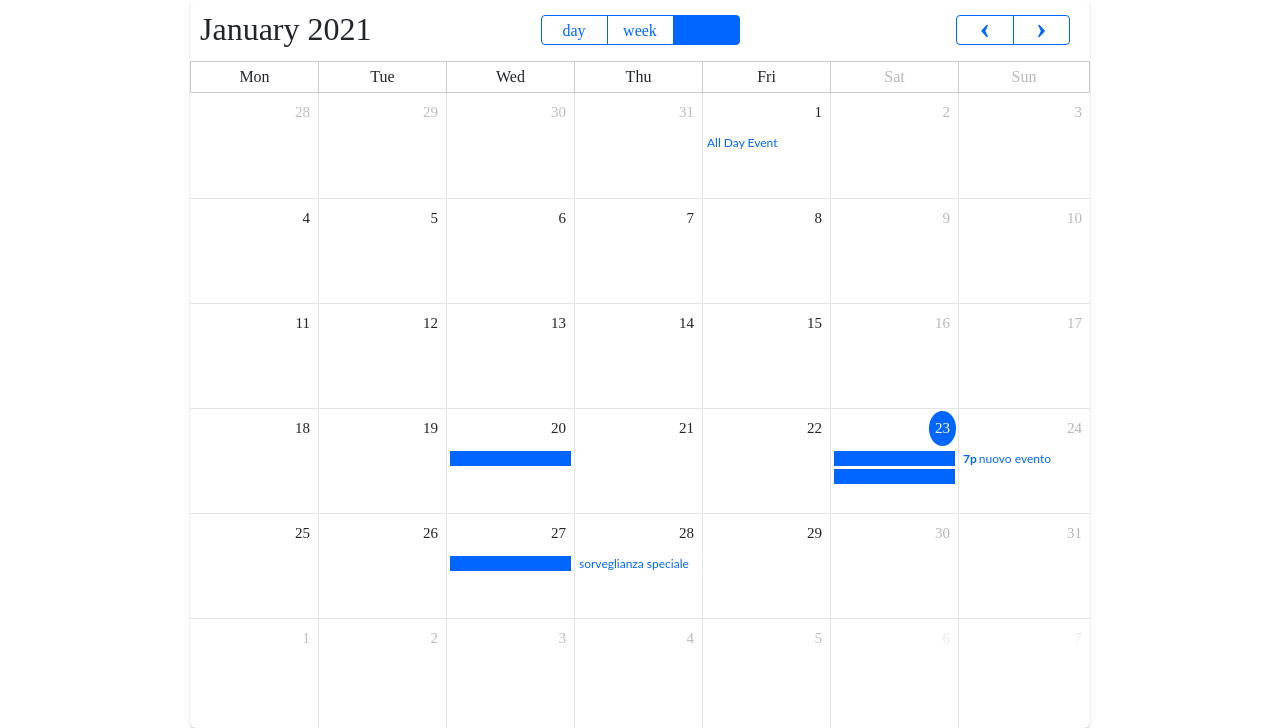
Repository: mohole/icare
Page: sviluppo/calendar/calendar.html
The author's editor kept a copy of each file at every save. The page is drawn from the files as they stood at one save, then again after the next save.
The browser window is 1280 px wide. The pictures show the whole page.
Some web fonts or font styles are not loaded; a fallback is used.

Above is the page before, as saved 2021-01-25 10:38:22.

### sviluppo/calendar/calendar.html
<!DOCTYPE html>
<html lang="en">
   <head>
      <meta charset="UTF-8">
      <meta name="viewport" content="width=device-width, initial-scale=1.0">
      <!-- ===== CSS ===== -->
      <link rel="stylesheet" href="css/styles.css">
      <link rel="stylesheet" href="css/bootstrap.css">
<link href='css/fullcalendar.css' rel='stylesheet' />

<link rel="stylesheet" href="https://cdnjs.cloudflare.com/ajax/libs/Chart.js/2.9.4/Chart.css" integrity="sha512-C7hOmCgGzihKXzyPU/z4nv97W0d9bv4ALuuEbSf6hm93myico9qa0hv4dODThvCsqQUmKmLcJmlpRmCaApr83g==" crossorigin="anonymous" />
       <link rel="stylesheet" href="https://cdnjs.cloudflare.com/ajax/libs/Chart.js/2.9.4/Chart.css" integrity="sha512-C7hOmCgGzihKXzyPU/z4nv97W0d9bv4ALuuEbSf6hm93myico9qa0hv4dODThvCsqQUmKmLcJmlpRmCaApr83g==" crossorigin="anonymous" />
      <link rel="stylesheet" href="https://use.typekit.net/dmh4hvy.css">
      <link href="https://fonts.googleapis.com/css2?family=Poppins&display=swap" rel="stylesheet">
      <link rel="stylesheet" href="https://use.fontawesome.com/releases/v5.15.1/css/all.css" integrity="sha384-vp86vTRFVJgpjF9jiIGPEEqYqlDwgyBgEF109VFjmqGmIY/Y4HV4d3Gp2irVfcrp" crossorigin="anonymous">

      <link href="https://fonts.googleapis.com/css2?family=Poppins&display=swap" rel="stylesheet">
      <link rel="stylesheet" href="https://use.fontawesome.com/releases/v5.15.1/css/all.css" integrity="sha384-vp86vTRFVJgpjF9jiIGPEEqYqlDwgyBgEF109VFjmqGmIY/Y4HV4d3Gp2irVfcrp" crossorigin="anonymous">
     <title> CALENDAR </title>
   </head>
   <body>


         </h1>

         </h1>
      </div>
      </div>






   </div>

 </div>
</section>











<div>




</head>
<body>
<div id='wrap'>

<div id='calendar'></div>



</body>




<script src='js/jquery-1.10.2.js' type="text/javascript"></script>
<script src='js/fullcalendar.js' type="text/javascript"></script>



<!-- libreria da usare

</html>

### sviluppo/calendar/css/fullcalendar.css
:root{
	--nav-width: 92px;
	/*===== Colores =====*/
	--first-color:#0066FF;
		--event-color: #0066FF;
	--sub-color: #0066FF;
	--event-color2: #0066FF;
	--body-font: 'Montserrat';
	--normal-font-size: 1rem;
	--small-font-size: .875rem;
	--z-fixed: 100;
  }

.fc {
	font-family: var(--body-font);
	direction: ltr;
	text-align: left;
	}

.fc table {font-family: var(--body-font);
	border-collapse: collapse;
	border-spacing: 0;
	}




.fc td,
.fc th {font-family: var(--body-font);
	padding: 0;
	vertical-align: top;
	}



/* Header
------------------------------------------------------------------------*/

.fc-header td {
	white-space: nowrap;
	padding: 15px 10px 0px;
}

.fc-header-left {
	width: 25%;
	text-align: left;
}

.fc-header-center {
	text-align: center;
	}

.fc-header-right {
	width: 25%;
	text-align: right;
	}

.fc-header-title {
	display: inline-block;
	vertical-align: top;
	margin-top: -5px;
}

.fc-header-title h2 {
	margin-top: 0;
	white-space: nowrap;
	font-size: 32px;
    font-weight: 100;
    margin-bottom: 10px;
}

.fc .fc-header-space {
	padding-left: 10px;
	}

.fc-header .fc-button {
	margin-bottom: 1em;
	vertical-align: top;
	}

/* buttons edges butting together */

.fc-header .fc-button {
	margin-right: -1px;
	}

.fc-header .fc-corner-right,  /* non-theme */
.fc-header .ui-corner-right { /* theme */
	margin-right: 0; /* back to normal */
	}

/* button layering (for border precedence) */

.fc-header .fc-state-hover,
.fc-header .ui-state-hover {
	z-index: 2;
	}

.fc-header .fc-state-down {
	z-index: 3;
	}

.fc-header .fc-state-active,
.fc-header .ui-state-active {
	z-index: 4;
	}



/* Content
------------------------------------------------------------------------*/

.fc-content {
	clear: both;
	zoom: 1; /* for IE7, gives accurate coordinates for [un]freezeContentHeight */
	}

.fc-view {
	width: 100%;
	overflow: hidden;
	}



/* Cell Styles
------------------------------------------------------------------------*/

    /* <th>, usually */
.fc-widget-content {  /* <td>, usually */
	border: 1px solid #e5e5e5;
	}
.fc-widget-header{
    border-bottom: 1px solid #EEE;
}


.fc-state-highlight > div > div.fc-day-number{
    background-color: var(--first-color);
    color: #FFFFFF;
    border-radius: 50%;
    margin: 4px;
}

.fc-cell-overlay { /* semi-transparent rectangle while dragging */
	background-color: var(--first-color);
	opacity: .3;
	filter: alpha(opacity=30); /* for IE */
	}



/* Buttons
------------------------------------------------------------------------*/

.fc-button {
	position: relative;
	display: inline-block;
	padding: 0 .6em;
	overflow: hidden;
	height: 1.9em;
	line-height: 1.9em;
	white-space: nowrap;
	cursor: pointer;
	}

.fc-state-default { /* non-theme */
	border: 1px solid;
	}

.fc-state-default.fc-corner-left { /* non-theme */
	border-top-left-radius: 4px;
	border-bottom-left-radius: 4px;
	}

.fc-state-default.fc-corner-right { /* non-theme */
	border-top-right-radius: 4px;
	border-bottom-right-radius: 4px;
	}

/*
	Our default prev/next buttons use HTML entities like &lsaquo; &rsaquo; &laquo; &raquo;
	and we'll try to make them look good cross-browser.
*/

.fc-text-arrow {
	margin: 0 .4em;
	font-size: 2em;
	line-height: 23px;
	vertical-align: baseline; /* for IE7 */
	}

.fc-button-prev .fc-text-arrow,
.fc-button-next .fc-text-arrow { /* for &lsaquo; &rsaquo; */
	font-weight: bold;
	}

/* icon (for jquery ui) */

.fc-button .fc-icon-wrap {
	position: relative;
	float: left;
	top: 50%;
	}

.fc-button .ui-icon {
	position: relative;
	float: left;
	margin-top: -50%;
	*margin-top: 0;
	*top: -50%;
	}


.fc-state-default {
	border-color: var(--first-color);
	color: var(--first-color);
}
.fc-button-month.fc-state-default, .fc-button-agendaWeek.fc-state-default, .fc-button-agendaDay.fc-state-default{
    min-width: 67px;
	text-align: center;
	transition: all 0.2s;
	-webkit-transition: all 0.2s;
}
.fc-state-hover,
.fc-state-down,
.fc-state-active,
.fc-state-disabled {
	color: #333333;
	background-color: #FFE3E3;
	}

.fc-state-hover {
	color: var(--first-color);
	text-decoration: none;
	background-position: 0 -15px;
	-webkit-transition: background-position 0.1s linear;
	   -moz-transition: background-position 0.1s linear;
	     -o-transition: background-position 0.1s linear;
	        transition: background-position 0.1s linear;
	}

.fc-state-down,
.fc-state-active {
	background-color:var(--first-color);

	background-image: none;
	outline: 0;
	color: var(--first-color);
}

.fc-state-disabled {
	cursor: default;
	background-image: none;
	background-color: #FFE3E3;
	filter: alpha(opacity=65);
	box-shadow: none;
	border:1px solid #FFE3E3;
	color:var(--first-color);

	}



/* Global Event Styles
------------------------------------------------------------------------*/

.fc-event-container > * {
	z-index: 8;
	}

.fc-event-container > .ui-draggable-dragging,
.fc-event-container > .ui-resizable-resizing {
	z-index: 9;
	}

.fc-event {
	border: 1px solid #FFF; /* default BORDER color */

	color:black;               /* default TEXT color */
	font-size: 12px;
	cursor: default;
}
.fc-event.chill{
	background: var(--event-color2);
}
.fc-event.info{
	background: var(--event-color2);
}
.fc-event.important{
    background-color: var(--event-color);
}
.fc-event.success{	background: var(--event-color);
}
.fc-event:hover{
    opacity: 0.7;
}
a.fc-event {
	text-decoration: none;
	}

a.fc-event,
.fc-event-draggable {
	cursor: pointer;
	}

.fc-rtl .fc-event {
	text-align: right;
	}

.fc-event-inner {
	width: 100%;
	height: 100%;
	overflow: hidden;
	line-height: 15px;
	}

.fc-event-time,
.fc-event-title {
	color: var(--first-color);
	padding: 0 1px;
	}

.fc .ui-resizable-handle {
	display: block;
	position: absolute;
	z-index: 99999;
	overflow: hidden; /* hacky spaces (IE6/7) */
	font-size: 300%;  /* */
	line-height: 50%; /* */
	}



/* Horizontal Events
------------------------------------------------------------------------*/

.fc-event-hori {
	border-width: 1px 0;
	margin-bottom: 1px;
	}

.fc-ltr .fc-event-hori.fc-event-start,
.fc-rtl .fc-event-hori.fc-event-end {
	border-left-width: 1px;
	/*
border-top-left-radius: 3px;
	border-bottom-left-radius: 3px;
*/
	}

.fc-ltr .fc-event-hori.fc-event-end,
.fc-rtl .fc-event-hori.fc-event-start {
	border-right-width: 1px;
	/*
border-top-right-radius: 3px;
	border-bottom-right-radius: 3px;
*/
	}

/* resizable */

.fc-event-hori .ui-resizable-e {
	top: 0           !important; /* importants override pre jquery ui 1.7 styles */
	right: -3px      !important;
	width: 7px       !important;
	height: 100%     !important;
	cursor: e-resize;
	}

.fc-event-hori .ui-resizable-w {
	top: 0           !important;
	left: -3px       !important;
	width: 7px       !important;
	height: 100%     !important;
	cursor: w-resize;
	}

.fc-event-hori .ui-resizable-handle {
	_padding-bottom: 14px; /* IE6 had 0 height */
	}



/* Reusable Separate-border Table
------------------------------------------------------------*/

table.fc-border-separate {
	border-collapse: separate;
	}

.fc-border-separate th,
.fc-border-separate td {
	border-width: 1px 0 0 1px;
	}

.fc-border-separate th.fc-last,
.fc-border-separate td.fc-last {
	border-right-width: 1px;
	}


.fc-border-separate .fc-week .fc-first{
    border-left: 0;
}
.fc-border-separate .fc-week .fc-last{
    border-right: 0;
}
.fc-border-separate tr.fc-last th{
    border-bottom-width: 1px;
    border-color: #cdcdcd;
    font-size: 16px;
    font-weight: 300;
	line-height: 30px;
}
.fc-border-separate tbody tr.fc-first td,
.fc-border-separate tbody tr.fc-first th {
	border-top-width: 0;
	}



/* Month View, Basic Week View, Basic Day View
------------------------------------------------------------------------*/

.fc-grid th {
	text-align: center;
	}

.fc .fc-week-number {
	width: 22px;
	text-align: center;
	}

.fc .fc-week-number div {
	padding: 0 2px;
	}

.fc-grid .fc-day-number {
	float: right;
	padding: 0 2px;
	}

.fc-grid .fc-other-month .fc-day-number {
	opacity: 0.3;
	filter: alpha(opacity=30); /* for IE */
	/* opacity with small font can sometimes look too faded
	   might want to set the 'color' property instead
	   making day-numbers bold also fixes the problem */
	}

.fc-grid .fc-day-content {
	clear: both;
	color: var(--event-color);
	padding: 2px 2px 1px; /* distance between events and day edges */
	}

/* event styles */

.fc-grid .fc-event-time {
	font-weight: bold;
	color: var(--event-color);
	}

/* right-to-left */

.fc-rtl .fc-grid .fc-day-number {
	float: left;
	}

.fc-rtl .fc-grid .fc-event-time {
	float: right;
	}



/* Agenda Week View, Agenda Day View
------------------------------------------------------------------------*/

.fc-agenda table {
	border-collapse: separate;
	}



.fc-event-vert.fc-event-start {
	border-top-width: 1px;
	border-top-left-radius: 3px;
	border-top-right-radius: 3px;
	}

.fc-event-vert.fc-event-end {
	border-bottom-width: 1px;
	border-bottom-left-radius: 3px;
	border-bottom-right-radius: 3px;
	}

.fc-event-vert .fc-event-time {
	white-space: nowrap;
	font-size: 10px;
	}

.fc-event-vert .fc-event-inner {
	position: relative;
	z-index: 2;
	}

.fc-event-vert .fc-event-bg { /* makes the event lighter w/ a semi-transparent overlay  */
	position: absolute;
	z-index: 1;
	top: 0;
	left: 0;
	width: 100%;
	height: 100%;
	background: #fff;
	opacity: .25;
	filter: alpha(opacity=25);
	}

.fc .ui-draggable-dragging .fc-event-bg, /* TODO: something nicer like .fc-opacity */
.fc-select-helper .fc-event-bg {
	display: none\9; /* for IE6/7/8. nested opacity filters while dragging don't work */
	}

/* resizable */

.fc-event-vert .ui-resizable-s {
	bottom: 0        !important; /* importants override pre jquery ui 1.7 styles */
	width: 100%      !important;
	height: 8px      !important;
	overflow: hidden !important;
	line-height: 8px !important;
	font-size: 11px  !important;
	font-family: monospace;
	text-align: center;
	cursor: s-resize;
	}

.fc-agenda .ui-resizable-resizing { /* TODO: better selector */
	_overflow: hidden;
	}

.fc-week .fc-day > div .fc-day-number{
    font-size: 15px;
    margin: 2px;
    min-width: 19px;
    padding: 6px;
    text-align: center;
}
.fc-sun, .fc-sat{
    color: #b8b8b8;
}

.fc-week .fc-day:hover .fc-day-number{
    background-color: #B8B8B8;
    border-radius: 50%;
	color: var(--event-color);
    transition: background-color 0.2s;
}
.fc-week .fc-day.fc-state-highlight:hover .fc-day-number{

	background-color:var(--first-color);
}
.fc-button-today{
    border: 1px solid rgba(255,255,255,.0);
}
.fc-view-agendaDay thead tr.fc-first .fc-widget-header{
    text-align: right;
    padding-right: 10px;
}




#calendar{
  margin-left: auto;
  margin-right: auto;
  width: 320px;
  font-family: 'Lato', sans-serif;
}
#calendar_weekdays div{
  display:inline-block;
  vertical-align:top;
}
#calendar_content, #calendar_weekdays, #calendar_header{
  position: relative;
  width: 320px;
  overflow: hidden;
  float: left;
  z-index: 10;
}
#calendar_weekdays div, #calendar_content div{
  width:40px;
  height: 40px;
  overflow: hidden;
  text-align: center;
  background-color: #FFFFFF;
  color: #787878;
}
#calendar_content{
  -webkit-border-radius: 0px 0px 12px 12px;
  -moz-border-radius: 0px 0px 12px 12px;
  border-radius: 0px 0px 12px 12px;
}
#calendar_content div{
  float: left;
}
#calendar_content div:hover{
  background-color: #F8F8F8;
}
#calendar_content div.blank{
  background-color: #E8E8E8;
}
#calendar_header, #calendar_content div.today{
  zoom: 1;
  filter: alpha(opacity=70);
  opacity: 0.7;
}
#calendar_content div.today{
	color: var(--event-color);}

#calendar_header{
  width: 100%;
  height: 37px;
  text-align: center;
  background-color: #FF6860;
  padding: 18px 0;
  -webkit-border-radius: 12px 12px 0px 0px;
  -moz-border-radius: 12px 12px 0px 0px;
  border-radius: 12px 12px 0px 0px;
}
#calendar_header h1{
  font-size: 1.5em;
  color: var(--event-color);
  float:left;
  width:70%;
}









.external-event { /* try to mimick the look of a real event */
  margin: 10px 0;
  padding: 2px 4px;
  background: #3366CC;
  color: rgb(0, 0, 0);
  font-size: .85em;
  cursor: pointer;
  }

#external-events p {
  margin: 1.5em 0;
  font-size: 11px;
  color: #666;
  }

#external-events p input {
  margin: 0;
  vertical-align: middle;
  }

#calendar {
/* 		float: right; */
      margin: 0 auto;
  width: 900px;
  background-color: #FFFFFF;
    border-radius: 6px;
      box-shadow: 0 1px 2px #C3C3C3;
  }

Loaded but not shown: sviluppo/calendar/css/bootstrap.css (library); sviluppo/calendar/js/jquery-1.10.2.js (library); sviluppo/calendar/js/fullcalendar.js (library); sviluppo/calendar/css/styles.css (733 lines, source omitted)

After the next save:
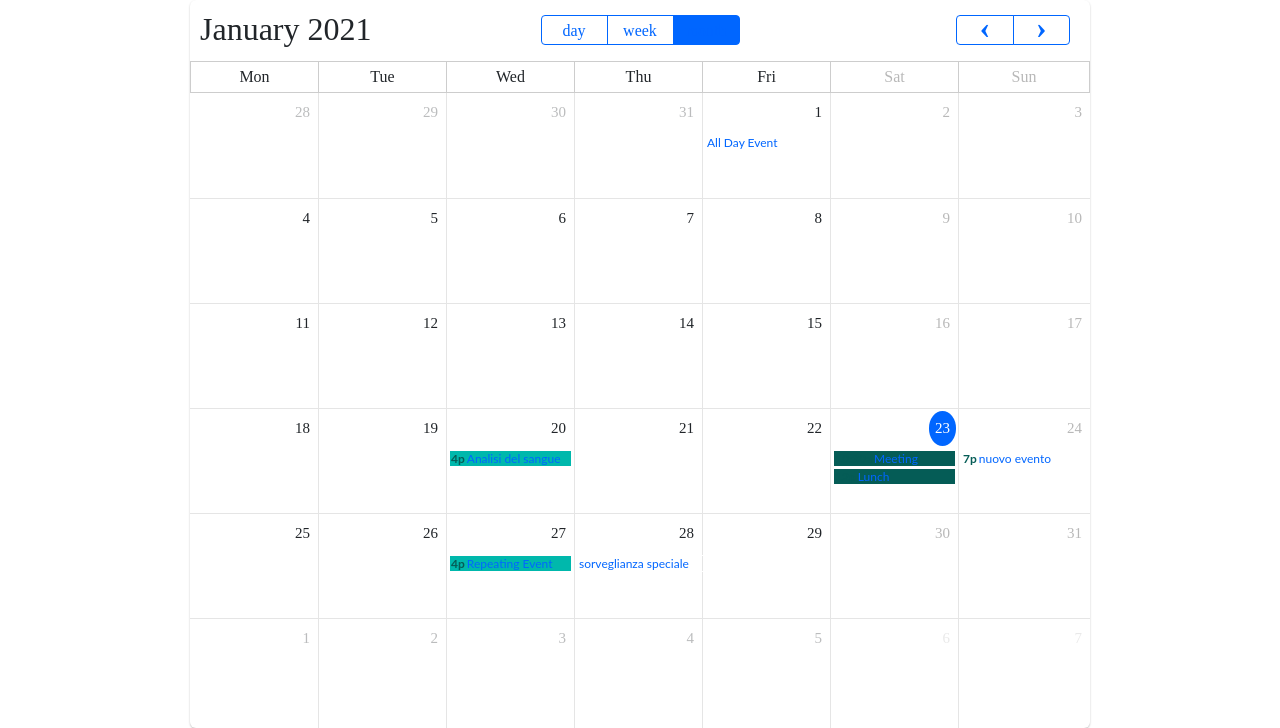
Saved 7 s later.
--- a/sviluppo/calendar/css/fullcalendar.css
+++ b/sviluppo/calendar/css/fullcalendar.css
@@ -2,9 +2,9 @@
 	--nav-width: 92px;
 	/*===== Colores =====*/
 	--first-color:#0066FF;
-		--event-color: #0066FF;
-	--sub-color: #0066FF;
-	--event-color2: #0066FF;
+		--event-color: #055c56;
+	--sub-color: #18B1A8;
+	--event-color2: #00b8ac;
 	--body-font: 'Montserrat';
 	--normal-font-size: 1rem;
 	--small-font-size: .875rem;
